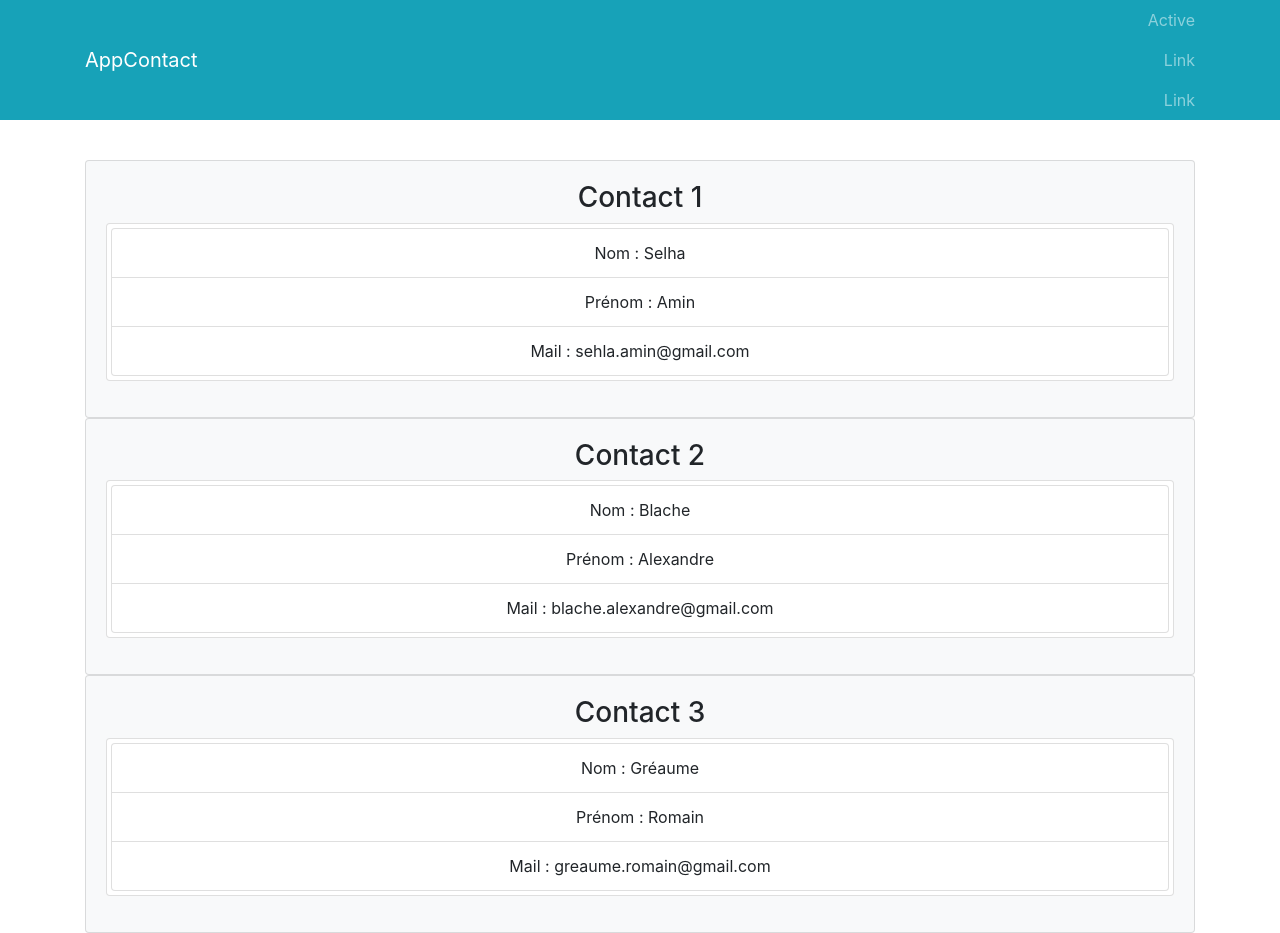
Repository: romgrm/appContact
Page: /
An editor plug-in stored every save of this project. The page is shown before and after a run of saves, followed by the edit.
The browser window is 1280 px wide. The pictures show the whole page.
Some web libraries are served in a nearby version. The project was rebuilt for these pictures with package versions that can differ from the ones it lists, and the page was loaded fresh each time.

Above is the page before, as saved 2020-12-02 21:22:27.

### public/index.html
<!DOCTYPE html>
<html lang="en">
  <head>
    <meta charset="utf-8" />
    <link rel="icon" href="%PUBLIC_URL%/favicon.ico" />
    <meta name="viewport" content="width=device-width, initial-scale=1" />
    <meta name="theme-color" content="#000000" />
    <meta
      name="description"
      content="Web site created using create-react-app"
    />
    <link rel="apple-touch-icon" href="%PUBLIC_URL%/logo192.png" />

    <link rel="manifest" href="%PUBLIC_URL%/manifest.json" />

    <title>React App</title>
  </head>
  <body>
    <noscript>You need to enable JavaScript to run this app.</noscript>
    <div id="root"></div>
    <script src="https://kit.fontawesome.com/f66925acc9.js" crossorigin="anonymous"></script>

  </body>
</html>

### src/App.js
import Header from './Components/Header'
import Liste from './Components/Liste'

import 'bootstrap/dist/css/bootstrap.min.css'


function App() {
  return (
    <div className="App">
      <Header />
      <div className="container pt-4">
        <Liste />
      </div>
    </div>
  );
}

export default App;

### src/Components/Header.js
import React, { Component } from 'react'

export default class Header extends Component {
    render() {
        return (
            <div>
                <nav className="navbar navbar-dark bg-info mb-3 py-0">
                    <div className="container">
                        <a href="/" className="navbar-brand">AppContact</a>
                        <ul className="navbar-nav">
                            <li className="nav-item ml-auto">
                                <a className="nav-link " href="#">Active</a>
                            </li>
                            <li className="nav-item ml-auto">
                                <a className="nav-link" href="#">Link</a>
                            </li>
                            <li className="nav-item ml-auto">
                                <a className="nav-link" href="#">Link</a>
                            </li>
                        </ul>
                    </div>
                </nav>

            </div>

        )
    }
}

### src/Components/Liste.js
import React, { Component } from 'react'
import Contact from './Contact'

export default class Liste extends Component {

    state = {
        contacts: [
            {
                id:1,
                contact: 'Contact 1',
                nom: 'Selha',
                prenom: 'Amin',
                mail: 'sehla.amin@gmail.com'
            },
            {
                id:2,
                contact: 'Contact 2',
                nom: 'Blache',
                prenom: 'Alexandre',
                mail: 'blache.alexandre@gmail.com'
            },
            {
                id:3,
                contact: 'Contact 3',
                nom: 'Gréaume',
                prenom: 'Romain',
                mail: 'greaume.romain@gmail.com'
            }
        ]
    }

    render() {
        return (
            <div>
                {this.state.contacts.map(current => (
                    <Contact
                    key={current.id}
                    Contact={current.contact}
                    Nom={current.nom}
                    Prenom={current.prenom}
                    Mail={current.mail}/>
                ))}
            </div>
        )
    }
}

### src/Components/Contact.js
import React, { Component } from 'react'

export default class Contact extends Component {
    render() {
        return (
            <div className="card card-body bg-light text-center">
                <p className="h3">{this.props.Contact}<i className=""></i></p>
                <ul className="card card-body p-1">
                    <li className="list-group-item"> Nom : {this.props.Nom}</li>
                    <li className="list-group-item"> Prénom : {this.props.Prenom}</li>
                    <li className="list-group-item"> Mail : {this.props.Mail}</li>
                </ul>
            </div>
        )
    }
}

Loaded but not shown: src/index.js (common file)

After the next 2 saves:
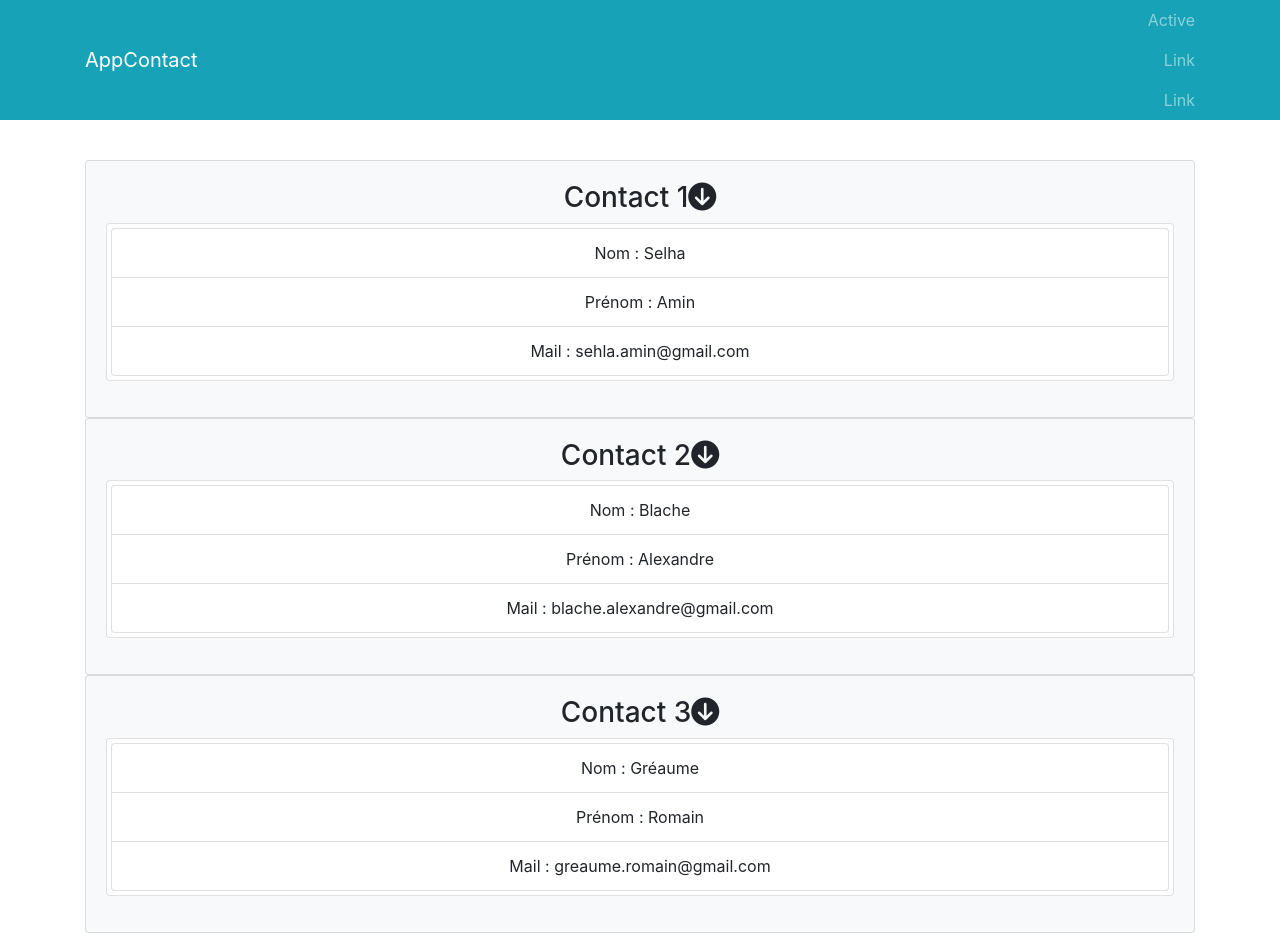
The 2 saves are shown as one change because they came seconds apart.
The last was saved 38 s later.
--- a/src/Components/Contact.js
+++ b/src/Components/Contact.js
@@ -4,7 +4,7 @@ export default class Contact extends Component {
     render() {
         return (
             <div className="card card-body bg-light text-center">
-                <p className="h3">{this.props.Contact}<i className=""></i></p>
+                <p className="h3">{this.props.Contact}<i className="fas fa-arrow-circle-down"></i></p>
                 <ul className="card card-body p-1">
                     <li className="list-group-item"> Nom : {this.props.Nom}</li>
                     <li className="list-group-item"> Prénom : {this.props.Prenom}</li>
